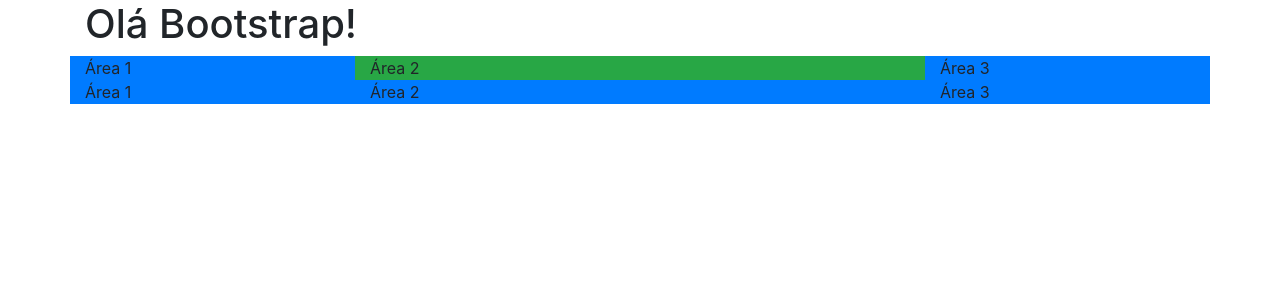
Repository: woodyalan/bootstrap-4
Page: conteudo.html
The author's editor kept a copy of each file at every save. The page is drawn from the files as they stood at one save, then again after the next save.
The browser window is 1280 px wide. The pictures show the whole page.

Above is the page before, as saved 2020-09-08 22:13:32.

### conteudo.html
<!DOCTYPE html>
<html lang="pt-br">
  <head>
    <!-- Required meta tags -->
    <meta charset="utf-8" />
    <meta name="viewport" content="width=device-width, initial-scale=1, shrink-to-fit=no" />

    <link rel="stylesheet" href="https://stackpath.bootstrapcdn.com/bootstrap/4.5.2/css/bootstrap.min.css" />

    <title>Olá Bootstrap!</title>
  </head>
  <body>
    <div class="container">
      <h1>Olá Bootstrap!</h1>

      <div class="row">
        <div class="col-3 bg-primary">Área 1</div>
        <div class="col-6 bg-success">Área 2</div>
        <div class="col-3 bg-primary">Área 3</div>
      </div>

      <div class="row">
        <div class="col-6 col-lg-3 bg-primary">Área 1</div>
        <div class="col-6 col-lg-6 bg-primary">Área 2</div>
        <div class="col-12 col-lg-3 bg-primary">Área 3</div>
      </div>
    </div>

    <!-- JS, Popper e jQuery -->
    <script src="https://code.jquery.com/jquery-3.5.1.slim.min.js"></script>
    <script src="https://cdn.jsdelivr.net/npm/popper.js@1.16.1/dist/umd/popper.min.js"></script>
    <script src="https://stackpath.bootstrapcdn.com/bootstrap/4.5.2/js/bootstrap.min.js"></script>
  </body>
</html>

After the next save:
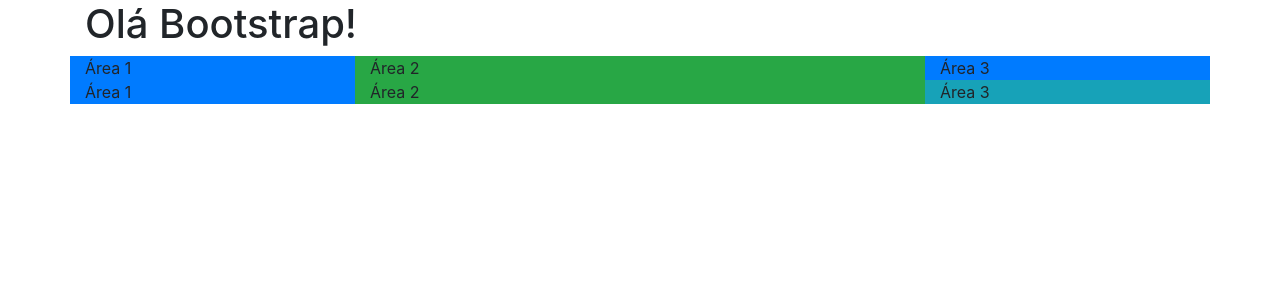
Saved 7 s later.
--- a/conteudo.html
+++ b/conteudo.html
@@ -21,8 +21,8 @@
 
       <div class="row">
         <div class="col-6 col-lg-3 bg-primary">Área 1</div>
-        <div class="col-6 col-lg-6 bg-primary">Área 2</div>
-        <div class="col-12 col-lg-3 bg-primary">Área 3</div>
+        <div class="col-6 col-lg-6 bg-success">Área 2</div>
+        <div class="col-12 col-lg-3 bg-info">Área 3</div>
       </div>
     </div>
 
